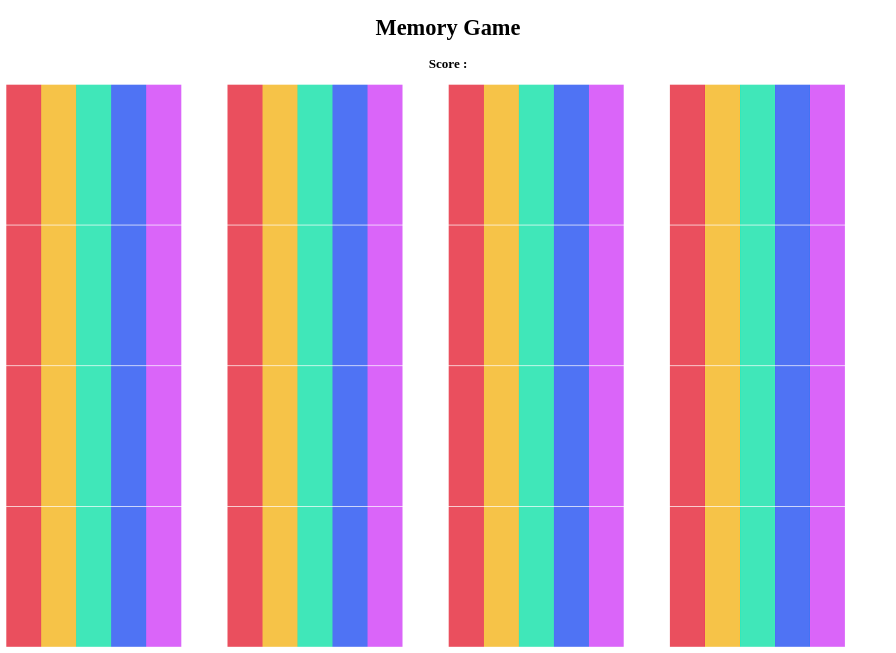
Repository: divyaravada/javascript-games
Page: memory-game/memorygame.html
These files come from the project's save history. The page is drawn as it stood at one moment and after the next save; the edit follows.
The browser window is 1280 px wide. The pictures show the part of the page from y = 0 to 1920 px (the page is 933 px tall before and 3345 px after), at 70% of full size.

Above is the page before, as saved 2022-03-15 17:09:54.

After the next save:
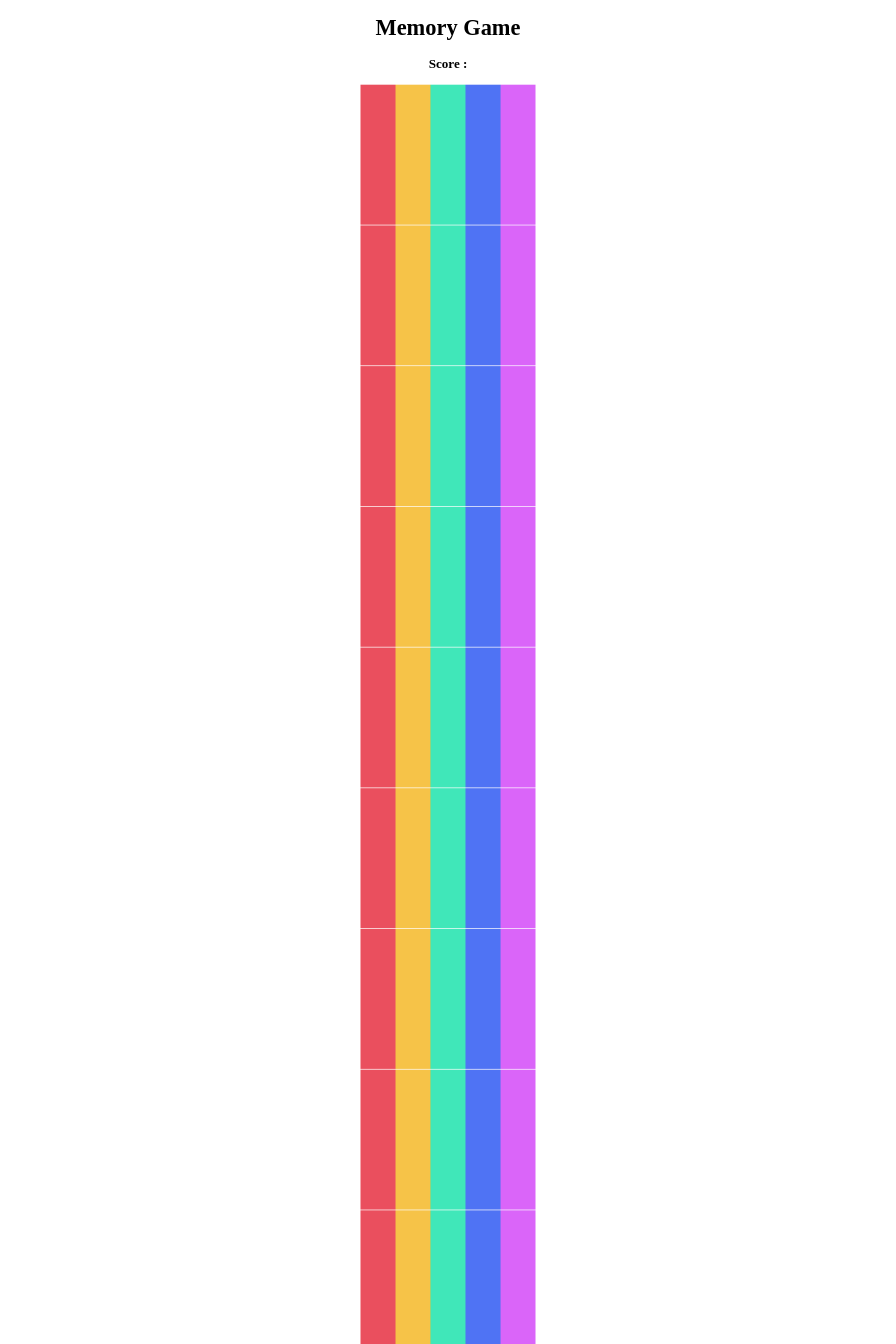
Saved 25 s later.
--- a/memory-game/memorystyle.css
+++ b/memory-game/memorystyle.css
@@ -5,9 +5,7 @@
 }
 #grid {
   display: grid;
-  grid-template-columns: repeat(4, 1fr);
-  grid-column-gap: 0px;
-  grid-row-gap: 0px;
+  grid-template-rows: repeat(4, 1fr);
 }
 #grid img {
   width: 250px;

After the 3 saves that followed:
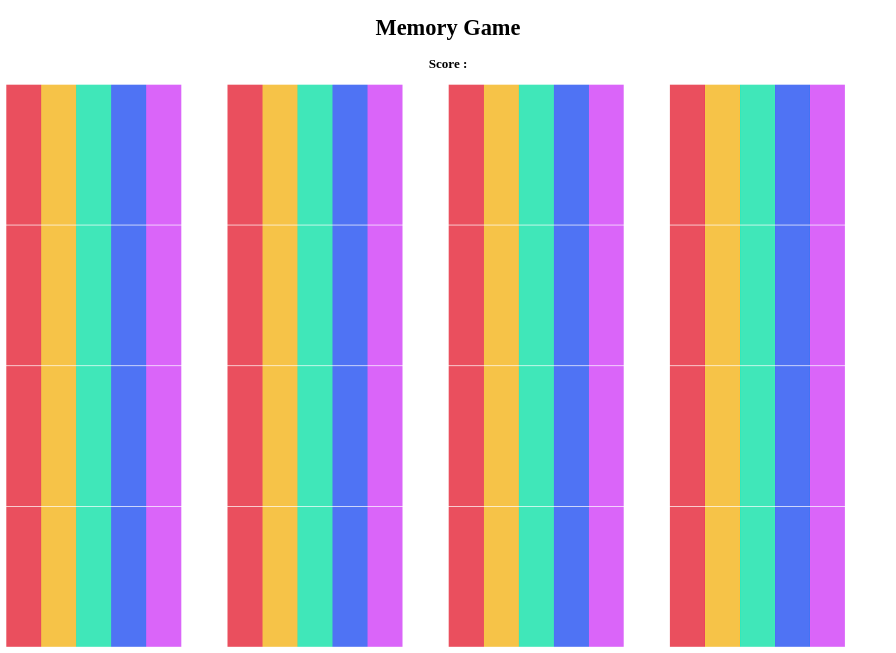
The 3 saves are shown as one change because 2 left the picture as it was.
The last was saved 25 s later.
--- a/memory-game/memorystyle.css
+++ b/memory-game/memorystyle.css
@@ -5,7 +5,9 @@
 }
 #grid {
   display: grid;
-  grid-template-rows: repeat(4, 1fr);
+  grid-template-columns: repeat(4, 1fr);
+  grid-column-gap: 0px;
+  grid-row-gap: 0px;
 }
 #grid img {
   width: 250px;
